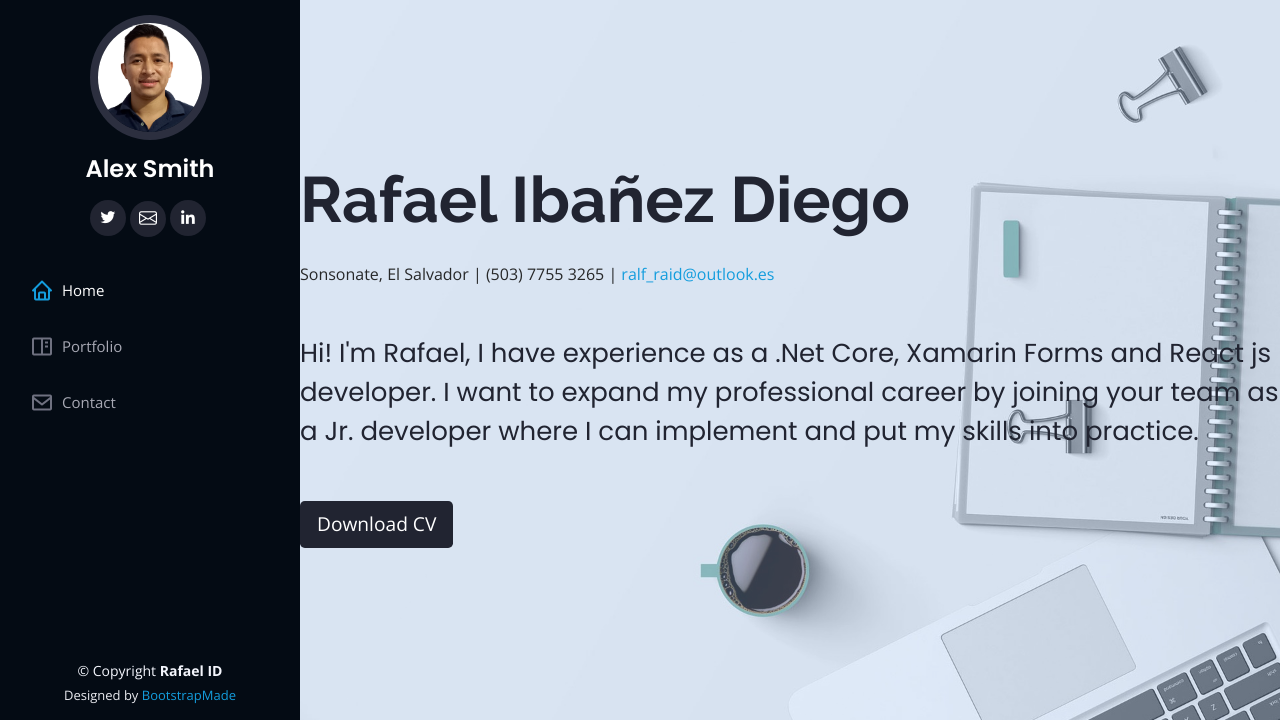
Repository: ralfId/myportfolio
Page: /
The author's editor kept a copy of each file at every save. The page is drawn from the files as they stood at one save, then again after the next save.
The browser window is 1280 px wide. The pictures show the whole page.
The project was rebuilt for these pictures with package versions that can differ from the ones it lists, and the page was loaded fresh each time. Also part of the build but not shown: src/data/projects.js, src/components/Projects/ProjectItem.js, src/components/Projects/ProjectIndex.js, src/helpers/ProjectById.js, src/components/Projects/ProjectDetail.js.

Above is the page before, as saved 2021-09-20 18:05:26.

After the next save:
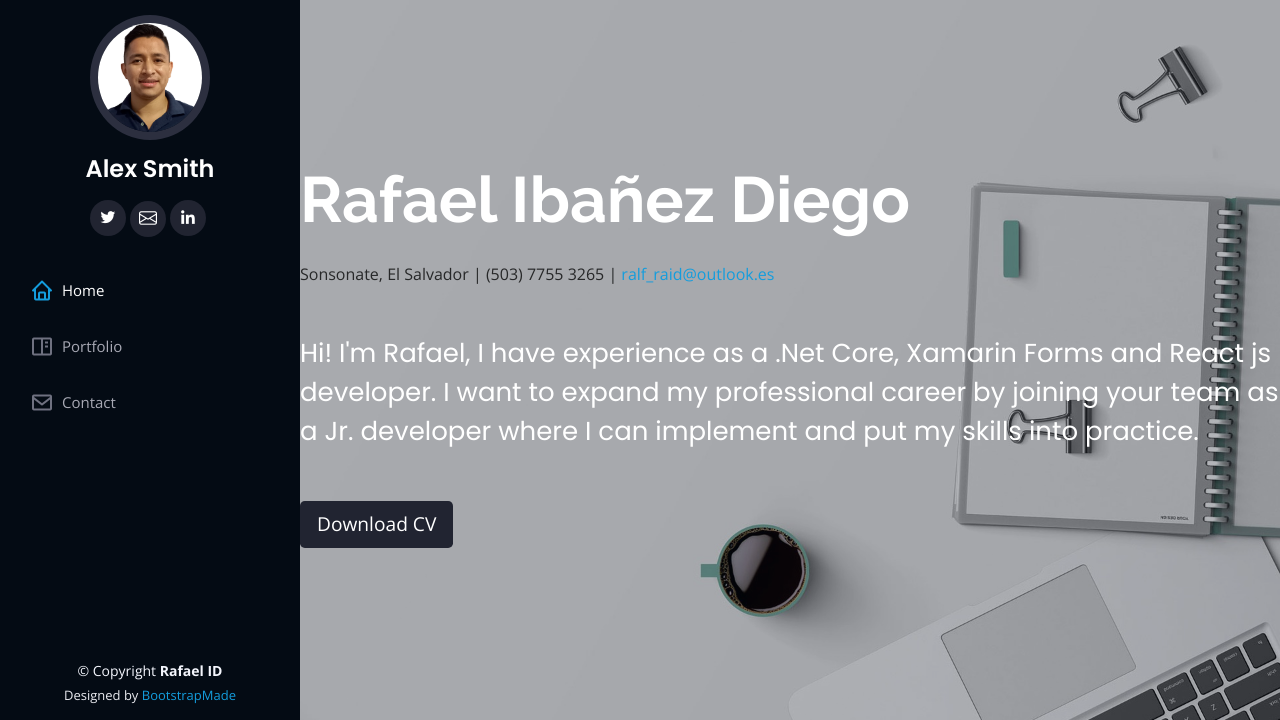
Saved 89 s later.
--- a/public/css/style.css
+++ b/public/css/style.css
@@ -237,52 +237,51 @@ h6 {
 /*--------------------------------------------------------------
 # Hero Section
 --------------------------------------------------------------*/
-
 #hero {
     width: 100%;
     height: 100vh;
     background: url("../img/hero-bg.jpg") top center;
     background-size: cover;
-}
-
-#hero:before {
+  }
+
+  #hero:before {
     content: "";
-    background: rgba(170, 204, 252, 0.3);
+    background: rgba(5, 13, 24, 0.3);
     position: absolute;
     bottom: 0;
     top: 0;
     left: 0;
     right: 0;
     z-index: 1;
-}
-
-#hero .hero-container {
+  }
+
+  #hero .hero-container {
     position: relative;
     z-index: 2;
     min-width: 300px;
-}
-
-#hero h1 {
+  }
+
+  #hero h1 {
     margin: 0 0 10px 0;
     font-size: 64px;
     font-weight: 700;
     line-height: 56px;
-    color: #212431;
-}
-
-#hero p {
-    color: #212431;
+    color: #fff;
+  }
+
+  #hero p {
+    color: #fff;
     margin-bottom: 50px;
     font-size: 26px;
     font-family: "Poppins", sans-serif;
-}
-
-#hero p span {
-    color: #212431;
+  }
+
+  #hero p span {
+    color: #fff;
     padding-bottom: 4px;
     letter-spacing: 1px;
     border-bottom: 3px solid #149ddd;
-}
+  }
 
 #hero button {
     background-color: #212431;
